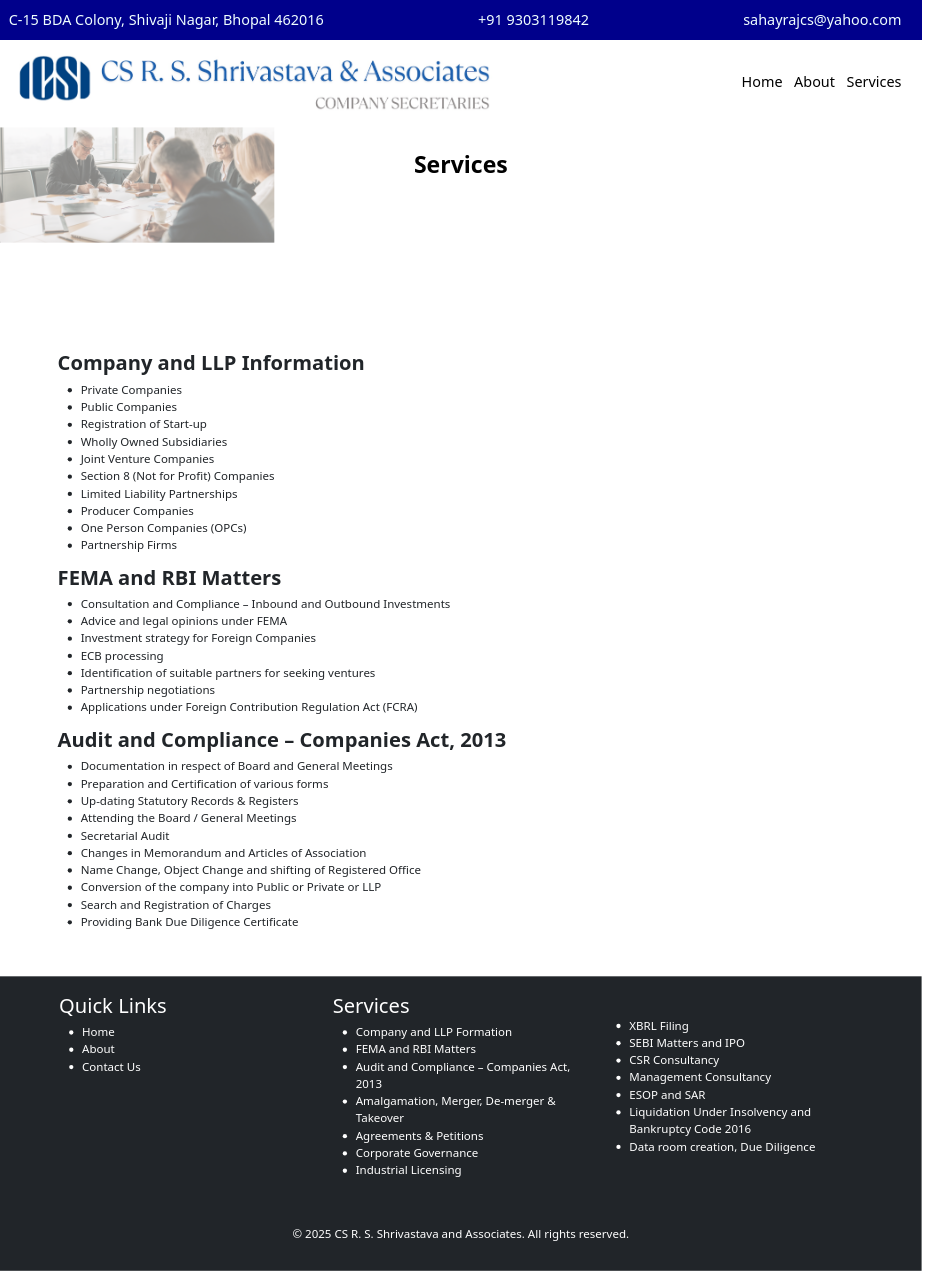
Repository: aayushiss/CS-RSS
Page: services.html
An editor plug-in stored every save of this project. The page is shown before and after the next save, followed by the edit.
The browser window is 1280 px wide. The page is 1292 px wide, so the pictures cover 1292 px, including what lies to the right of the window. The pictures show the whole page, at 72% of full size.

Above is the page before, as saved 2025-05-20 18:53:45.

### services.html
<!DOCTYPE html>
<html lang="en">

<head>
    <meta charset="UTF-8">
    <meta name="viewport" content="width=device-width, initial-scale=1.0">
    <title>R. S. Shrivastava</title>
    <link href="https://cdn.jsdelivr.net/npm/bootstrap@5.3.3/dist/css/bootstrap.min.css" rel="stylesheet"
        integrity="sha384-QWTKZyjpPEjISv5WaRU9OFeRpok6YctnYmDr5pNlyT2bRjXh0JMhjY6hW+ALEwIH" crossorigin="anonymous">
    <link rel="stylesheet" type="text/css" href="style.css">
</head>

<body>
    <nav class="navbar fixed-top custom-navbar">
        <div class="container-fluid d-flex justify-content-between">
            <a class="navbar-brand"
                href="https://www.google.com/maps/place/R+S+SHRIVASTAVA+%26+ASSOCIATES/@23.2288499,77.4244091,17z/data=!3m1!4b1!4m6!3m5!1s0x397c425fada83073:0xcb1e8ba90a487f4e!8m2!3d23.228845!4d77.426984!16s%2Fg%2F1td0r8v9?entry=ttu&g_ep=EgoyMDI1MDUxMi4wIKXMDSoASAFQAw%3D%3D"
                target="_blank">C-15 BDA Colony, Shivaji Nagar, Bhopal 462016</a>
            <a class="navbar-brand" href="" tel:+919303119842"">+91 9303119842</a>
            <a class="navbar-brand" href="mailto:sahayrajcs@yahoo.com">sahayrajcs@yahoo.com</a>
        </div>
    </nav>
    <div class="navbar-space"></div>

    <nav class="navbar sticky-top second-navbar bg-white">
        <div class="container-fluid d-flex justify-content-between align-items-center">
          <a class="navbar-brand" href="index.html">
            <img src="images/icsi logo.jpg" alt="Logo" height="100rem" class="d-inline-block align-text-top">
          </a>
          <!-- </div> -->
          <div class="d-flex">
            <a class="navbar-brand" href="index.html">Home</a>
            <a class="navbar-brand" href="about.html">About</a>
            <a class="navbar-brand" href="services.html">Services</a>
          </div>
      </nav>

    <div class="position-relative" style="margin-bottom: 150px;" id="contact-section">
        <img src="images/haveAQuery.jpg" class="img-fluid" alt="..."
            style="opacity: .5; height: 10rem; width: fit-content;">
        <h2 class="position-absolute start-50 translate-middle-x text-black fw-bold" style="top: 20%;">
            Services
        </h2>
    </div>
    <div class="col" style="margin-left: 5rem;">
        <div class="row">
            <div class="col">
                <h3 style="font-weight: bold;">Company and LLP Information</h3>
                <ul>
                    <li>Private Companies</li>
                    <li>Public Companies</li>
                    <li>Registration of Start-up</li>
                    <li>Wholly Owned Subsidiaries</li>
                    <li>Joint Venture Companies</li>
                    <li>Section 8 (Not for Profit) Companies</li>
                    <li>Limited Liability Partnerships</li>
                    <li>Producer Companies</li>
                    <li>One Person Companies (OPCs)</li>
                    <li>Partnership Firms</li>
                </ul>
            </div>
        </div>
        <div class="row">
            <div class="col">
                <h3 style="font-weight: bold;">FEMA and RBI Matters</h3>
                <ul>
                    <li>Consultation and Compliance – Inbound and Outbound Investments</li>
                    <li>Advice and legal opinions under FEMA</li>
                    <li>Investment strategy for Foreign Companies</li>
                    <li> ECB processing</li>
                    <li>Identification of suitable partners for seeking ventures</li>
                    <li> Partnership negotiations</li>
                    <li>Applications under Foreign Contribution Regulation Act (FCRA)</li>
                </ul>
            </div>
        </div>
        <div class="row">
            <div class="col">
                <h3 style="font-weight: bold;">Audit and Compliance – Companies Act, 2013</h3>
                <ul>
                    <li>Documentation in respect of Board and General Meetings</li>
                    <li>Preparation and Certification of various forms</li>
                    <li>Up-dating Statutory Records & Registers</li>
                    <li>Attending the Board / General Meetings</li>
                    <li>Secretarial Audit</li>
                    <li>Changes in Memorandum and Articles of Association</li>
                    <li>Name Change, Object Change and shifting of Registered Office</li>
                    <li>Conversion of the company into Public or Private or LLP</li>
                    <li>Search and Registration of Charges</li>
                    <li>Providing Bank Due Diligence Certificate</li>
                </ul>
            </div>
        </div>
    </div>


    <footer class="bg-dark text-white py-4 mt-5">
        <div class="container">
          <div class="row">
            <div class="col">
              <h3>Quick Links</h3>
              <ul class="footer-links">
                <li><a href="index.html">Home</a></li>
                <li><a href="about.html">About</a></li>
                <li><a href="index.html#contact-section">Contact Us</a></li>
              </ul>
            </div>
            <div class="col">
              <h3>Services</h3>
              <ul class="footer-links">
                <li><a href="index.html">Company and LLP Formation</a></li>
                <li><a href="about.html">FEMA and RBI Matters</a></li>
                <li><a href="#contact-section">Audit and Compliance – Companies Act, 2013</a></li>
                <li><a href="hncjsd">Amalgamation, Merger, De-merger & Takeover</a></li>
                <li><a href="hncjsd">Agreements & Petitions</a></li>
                <li><a href="hncjsd">Corporate Governance</a></li>
                <li><a href="hncjsd">Industrial Licensing</a></li>
              </ul>
            </div>
            <div class="col" style="margin-top: 2rem;">
              <ul class="footer-links">
                <li><a href="hncjsd">XBRL Filing</a></li>
                <li><a href="hncjsd">SEBI Matters and IPO</a></li>
                <li><a href="hncjsd">CSR Consultancy</a></li>
                <li><a href="hncjsd">Management Consultancy</a></li>
                <li><a href="hncjsd">ESOP and SAR</a></li>
                <li><a href="hncjsd">Liquidation Under
                  Insolvency and Bankruptcy Code 2016</a></li>
                <li><a href="hncjsd">Data room creation, Due Diligence</a></li>
              </ul>
            </div>
          </div>

        </div>
        <p class="text-center mt-5">&copy; 2025 CS R. S. Shrivastava and Associates. All rights reserved.</p>
      </footer>

</body>

</html>

### style.css
.custom-navbar {
    background-color: darkblue;
}

.custom-navbar .navbar-brand {
    color: azure;
}

.navbar-space {
    margin-top: 50px;
}

.second-navbar .navbar-brand {
    color: black;
}

.custom-card {
    height: 25vh;
}

.custom-card .card-img {
    height: 100%;
    object-fit: cover;
}

.container-fluid .card {
    padding: 10px;
}

.container-fluid .card-title {
    font-family: 'Times New Roman', Times, serif;
    font-weight: bold;
    font-size: xx-large;
}

.container-fluid .col-md-8 .card-title {
    font-family: 'Times New Roman', Times, serif;
    font-size: large;
}

.footer-links ul {
    list-style: none;
    text-decoration: none;
}

.footer-links a {
    color: white;
    text-decoration: none;
}

After the next save:
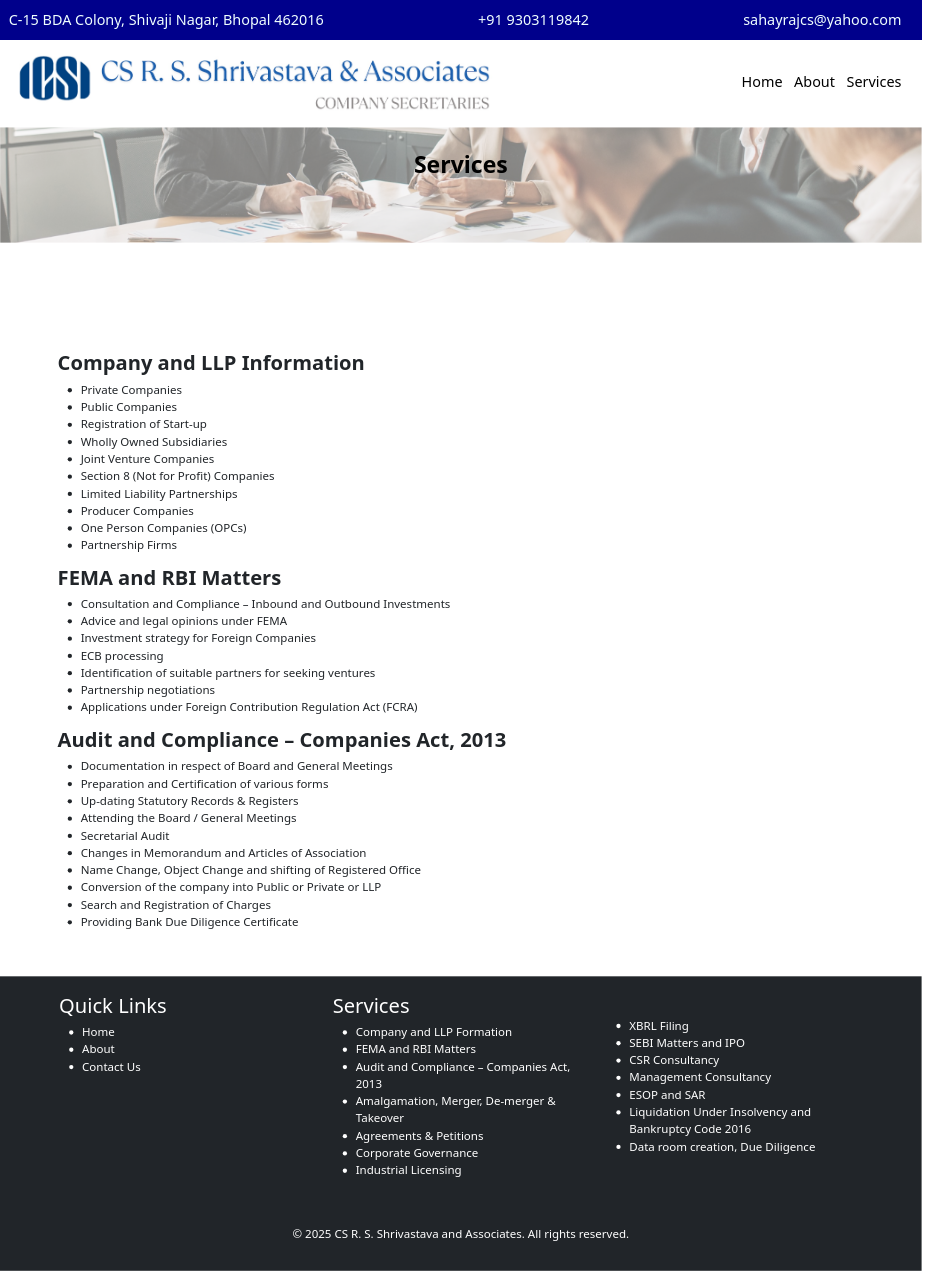
Saved 56 s later.
--- a/services.html
+++ b/services.html
@@ -37,7 +37,7 @@
 
     <div class="position-relative" style="margin-bottom: 150px;" id="contact-section">
         <img src="images/haveAQuery.jpg" class="img-fluid" alt="..."
-            style="opacity: .5; height: 10rem; width: fit-content;">
+            style="opacity: .5; height: 10rem; width: 100vw; object-fit: cover;">
         <h2 class="position-absolute start-50 translate-middle-x text-black fw-bold" style="top: 20%;">
             Services
         </h2>
